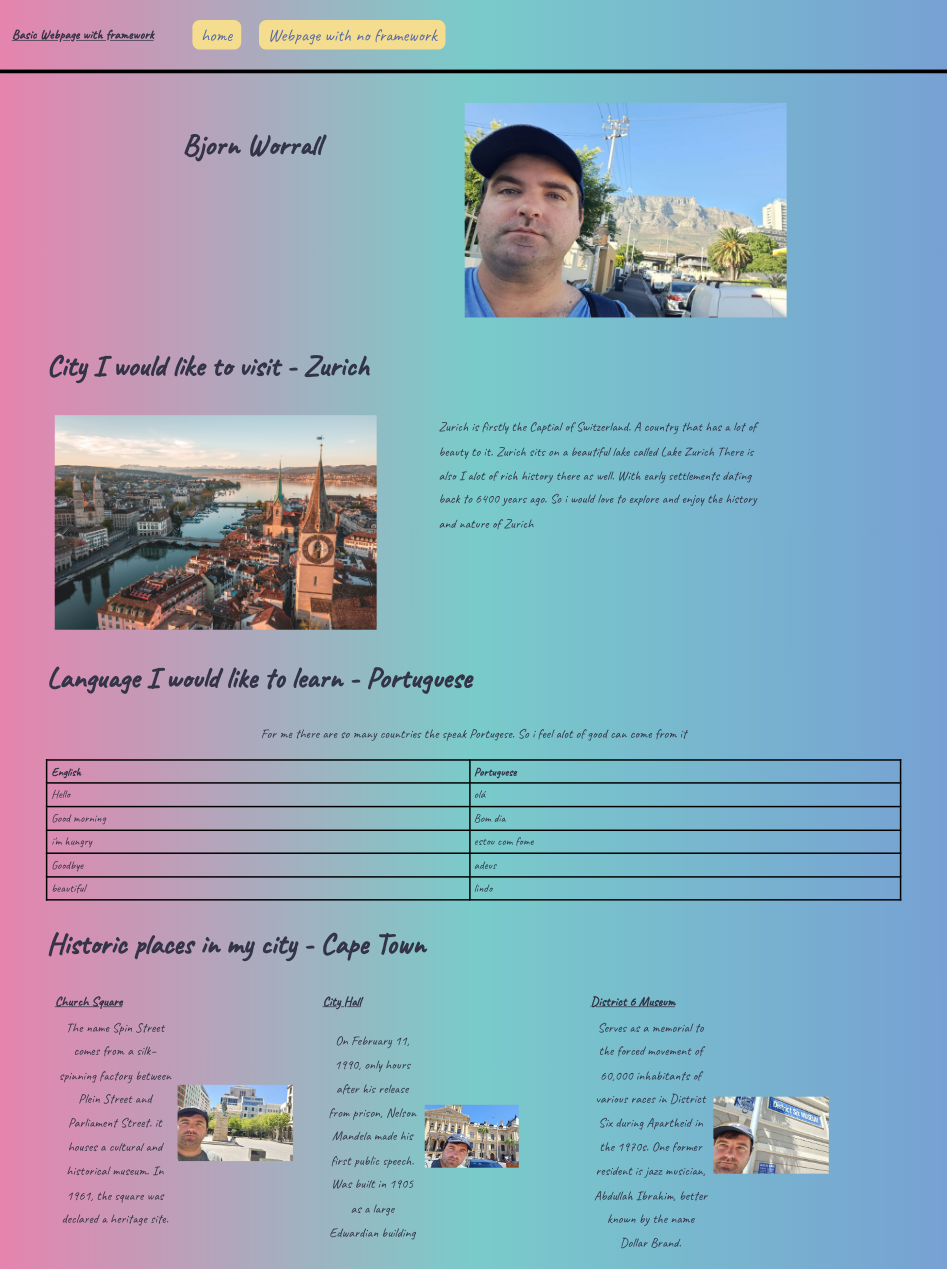
Repository: lasity34/basic-webpage
Page: my - webpage - grid.html
These files come from the project's save history. The page is drawn as it stood at one moment and after the next save; the edit follows.
The browser window is 1280 px wide. The pictures show the whole page, at 74% of full size.

Above is the page before, as saved 2023-03-07 14:20:52.

### my - webpage - grid.html
<!DOCTYPE html>
<html lang="en">
  <link rel="stylesheet" type="text/css" href="simple-grid.css" />
  <!-- <link rel="stylesheet" type="text/css" href="styles.css" /> -->
  <link rel="preconnect" href="https://fonts.googleapis.com" />
  <link rel="preconnect" href="https://fonts.gstatic.com" crossorigin />
  <link
    href="https://fonts.googleapis.com/css2?family=Caveat&display=swap"
    rel="stylesheet"
  />

  <head>
    <meta charset="UTF-8" />
    <meta http-equiv="X-UA-Compatible" content="IE=edge" />
    <meta name="viewport" content="width=device-width, initial-scale=1.0" />
    <title>Bjorns Profile Reponsive</title>
  </head>
  <body>
    <header>
      <nav id="nav_profile">
        <h4>Basic Webpage with framework</h4>
        <ul>
          <li><a href="./index.html">home</a></li>
          <li><a href="./my - webpage.html">Webpage with no framework</a></li>
        </ul>
      </nav>
    </header>
    <main>
      <div class="container">
        <section class="row">
          <div class="col-6">
            <h1 id="profile_name">Bjorn Worrall</h1>
          </div>
          <img
            class="col-5"
            src="./images/profile.jpg"
            alt="A picture of me with table Mountain at the back"
          />
        </section>
        <section class="row">
          <h1>City I would like to visit - Zurich</h1>
          <div id="city_container">
            <img src="./images/zurich.jpg" class="col-5" />
            <p class="col-5">
              Zurich is firstly the Captial of Switzerland. A country that has a
              lot of beauty to it. Zurich sits on a beautiful lake called Lake
              Zurich There is also I alot of rich history there as well. With
              early settlements dating back to 6400 years ago. So i would love
              to explore and enjoy the history and nature of Zurich
            </p>
          </div>
        </section>
        <section id="language">
          <h1>Language I would like to learn - Portuguese</h1>
          <p>
            For me there are so many countries the speak Portugese. So i feel
            alot of good can come from it
          </p>

          <table>
            <tr>
              <th>English</th>
              <th>Portuguese</th>
            </tr>
            <tr>
              <td>Hello</td>
              <td>olá</td>
            </tr>
            <tr>
              <td>Good morning</td>
              <td>Bom dia</td>
            </tr>
            <tr>
              <td>i'm hungry</td>
              <td>estou com fome</td>
            </tr>
            <tr>
              <td>Goodbye</td>
              <td>adeus</td>
            </tr>
            <tr>
              <td>beautiful</td>
              <td>lindo</td>
            </tr>
          </table>
        </section>

        <!-- historic places -->

        <section class="row">
          <h1>Historic places in my city - Cape Town</h1>
          <div class="col-4">
            <h4>Church Square</h4>
            <div class="align">
              <p class="col-6-sm col-6">
                The name Spin Street comes from a silk–spinning factory between
                Plein Street and Parliament Street. it houses a cultural and
                historical museum. In 1961, the square was declared a heritage
                site.
              </p>
              <img class="col-6-sm col-6" src="./images/church_square.jpg" />
            </div>
          </div>
          <div class="col-4">
            <h4>City Hall</h4>
            <div class="align">
              <img class="col-6-sm col-5" src="./images/city_hall.jpg" />
              <div class="col-6-sm col-5" id="places_info_hall">
                <p>
                  On February 11, 1990, only hours after his release from
                  prison, Nelson Mandela made his first public speech. Was built
                  in 1905 as a large Edwardian building
                </p>
              </div>
            </div>
          </div>
          <div class="col-4">
            <h4>District 6 Museum</h4>
            <div class="align">
              <p class="col-6-sm">
                Serves as a memorial to the forced movement of 60,000
                inhabitants of various races in District Six during Apartheid in
                the 1970s. One former resident is jazz musician, Abdullah
                Ibrahim, better known by the name Dollar Brand.
              </p>
              <img class="col-6-sm" src="./images/district_6.jpg" />
            </div>
          </div>
        </section>
      </div>
    </main>
  </body>
</html>

### simple-grid.css
/**
*** SIMPLE GRID
*** (C) ZACH COLE 2016
**/

@import url(https://fonts.googleapis.com/css?family=Lato:400,300,300italic,400italic,700,700italic);

/* UNIVERSAL */

html,
body {
  height: 100%;
  width: 100%;
  margin: 0;
  padding: 0;
  left: 0;
  top: 0;
  font-size: 100%;
  background: #77A1D3;  /* fallback for old browsers */
  background: -webkit-linear-gradient(to right, #E684AE, #79CBCA, #77A1D3);  /* Chrome 10-25, Safari 5.1-6 */
  background: linear-gradient(to right, #E684AE, #79CBCA, #77A1D3); /* W3C, IE 10+/ Edge, Firefox 16+, Chrome 26+, Opera 12+, Safari 7+ */

}

/* ROOT FONT STYLES */

/* * {
  font-family: "Lato", Helvetica, sans-serif;

  line-height: 1.5;
} */

/* TYPOGRAPHY */

h1 {
  font-size: 2.5rem;
}

h2 {
  font-size: 2rem;
}

h3 {
  font-size: 1.375rem;
}

h4 {
  font-size: 1.125rem;
  text-align: left;
  margin: 0;
  text-decoration: underline;
}

h5 {
  font-size: 1rem;
}

h6 {
  font-size: 0.875rem;
}

p {
  font-size: 1.125rem;
  font-weight: 200;
  line-height: 1.8;
}

.font-light {
  font-weight: 300;
}

.font-regular {
  font-weight: 400;
}

.font-heavy {
  font-weight: 700;
}

/* POSITIONING */

.left {
  text-align: left;
}

.right {
  text-align: right;
}

.center {
  text-align: center;
  margin-left: auto;
  margin-right: auto;
}

.justify {
  text-align: justify;
}

/* ==== GRID SYSTEM ==== */

.container {
  width: 100%;
  margin-left: auto;
  margin-right: auto;
}

.row {
  position: relative;
  width: 100%;
}

.row [class^="col"] {
  float: left;
  margin: 0.5rem 1%;
  min-height: 0.125rem;
}

.col-1,
.col-2,
.col-3,
.col-4,
.col-5,
.col-6,
.col-7,
.col-8,
.col-9,
.col-10,
.col-11,
.col-12 {
  width: 96%;
}

.col-1-sm {
  width: 4.33%;
}

.col-2-sm {
  width: 12.66%;
}

.col-3-sm {
  width: 21%;
}

.col-4-sm {
  width: 29.33%;
}

.col-5-sm {
  width: 37.66%;
}

.col-6-sm {
  width: 46%;
}

.col-7-sm {
  width: 54.33%;
}

.col-8-sm {
  width: 62.66%;
}

.col-9-sm {
  width: 71%;
}

.col-10-sm {
  width: 79.33%;
}

.col-11-sm {
  width: 87.66%;
}

.col-12-sm {
  width: 96%;
}

.row::after {
  content: "";
  display: table;
  clear: both;
}

.hidden-sm {
  display: none;
}

@media only screen and (min-width: 45em) {
  /* 720px */
  .col-1 {
    width: 4.33%;
  }

  .col-2 {
    width: 12.66%;
  }

  .col-3 {
    width: 21%;
  }

  .col-4 {
    width: 29.33%;
  }

  .col-5 {
    width: 37.66%;
  }

  .col-6 {
    width: 46%;
  }

  .col-7 {
    width: 54.33%;
  }

  .col-8 {
    width: 62.66%;
  }

  .col-9 {
    width: 71%;
  }

  .col-10 {
    width: 79.33%;
  }

  .col-11 {
    width: 87.66%;
  }

  .col-12 {
    width: 96%;
  }

  .hidden-sm {
    display: block;
  }
}

@media only screen and (min-width: 60em) {
  /* 960px */
  .container {
    width: 95%;
    max-width: 90rem;
  }
}

* {
  font-family: "Caveat", "Arial Narrow", Arial, sans-serif;
  color: #333447;
}

/* Nav bar */

#city_container p {
  display: flex;
  text-align: left;
  margin-left: 4em;
  align-self: center;

}

#landing_title {
  text-align: center;
}

header {
  border-bottom: 5px solid black;
  padding: 1em;
}

#nav_landing {
  height: 80vh;
  display: flex;
  justify-content: space-around;
  align-items: center;
}

#nav_landing ul {
  display: flex;
  justify-content: space-around;
  align-content: center;
  height: 13vh;
}

a:hover {
  background-color: black;
  color: green;
}

a:hover {
  color: green;
}

a {
  text-decoration: none;
  background-color: #f5dd90;
  color: #586ba4;
  width: 80%;
  padding: 0.2em 0.5em;
  margin: 1em 0.5em;
  font-size: 1.5rem;
  border-radius: 10px;
  height: 8vh;
}

li {
  list-style: none;
}

/* global */

main {
  max-width: 95%;
  margin: 2rem auto;
  text-align: center;
}

#profile_section {
  text-align: center;
}


.align {
  display: flex;
  align-items: center;
}

.flex {
  display: flex;
}

table {
  margin: auto;
  border-collapse: collapse;
  border-spacing: 0;
}

td,
th {
  border: 2px solid black;
  padding: 0.3em;
  width: 1%;
  text-align: left;
}

/* 447px */

@media (max-width: 547px) {
  .align {
    text-align: center;
    flex-direction: column;
    align-content: center;
  }

  #places_info_hall {
    order: -1;
    padding-left: 0;
  }

  .places_info,
  #places_info_hall {
    margin-bottom: 2em;
  }

  .col-5-sm,
  .col-6-sm {
    width: 100%;
  }

  h4 {
    text-align: center;
  }


}

@media (max-width: 719px) {
  #nav_profile ul {
    display: block;

    margin: 0 auto;
  }

  #nav_profile li {
    margin-top: 1em;
    text-align: center;

  }

  #nav_profile a{
    font-size: 1.1rem;

  }

  #nav_profile h4 {
    text-align: center;
  }
}

/* max-width 800px */

@media (max-width: 800px) {
  .history_container {
    margin-bottom: 1em;
  }

  .col-6-sm {
    margin: 0.5em;
  }




}

@media (min-width: 720px) {
  #places_info_hall {
    order: -1;
  }

  h1 {
    text-align: left;
  }

  #profile_name {
    text-align: center;
  }
  #nav_profile ul {
    display: flex;
  }

  #nav_profile {
    display: flex;
    align-items: center;
  }



}

After the next save:
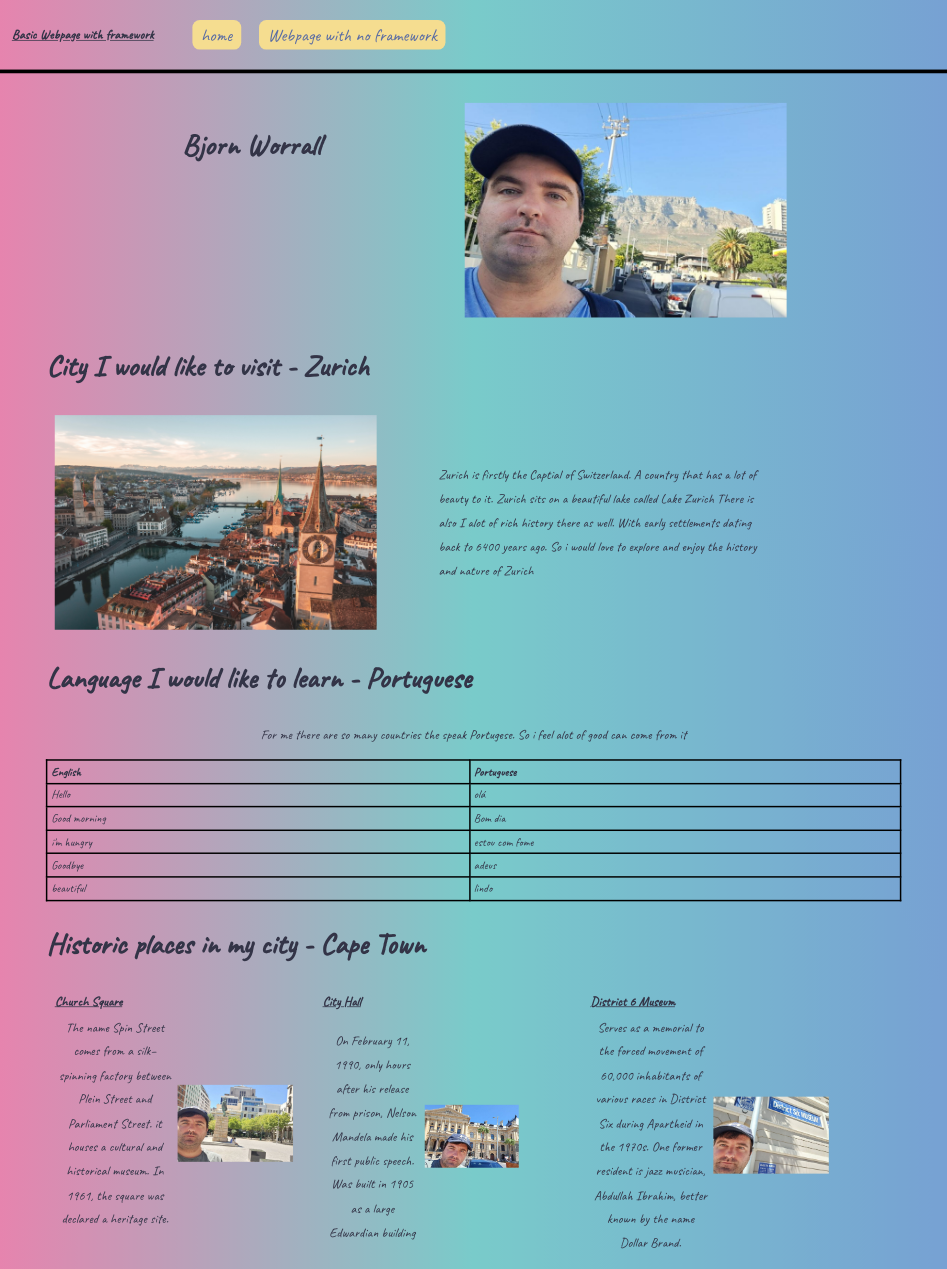
Saved 27 s later.
--- a/simple-grid.css
+++ b/simple-grid.css
@@ -260,10 +260,10 @@ p {
 /* Nav bar */
 
 #city_container p {
-  display: flex;
+
   text-align: left;
-  margin-left: 4em;
-  align-self: center;
+  margin: 4em;
+
 
 }
 
